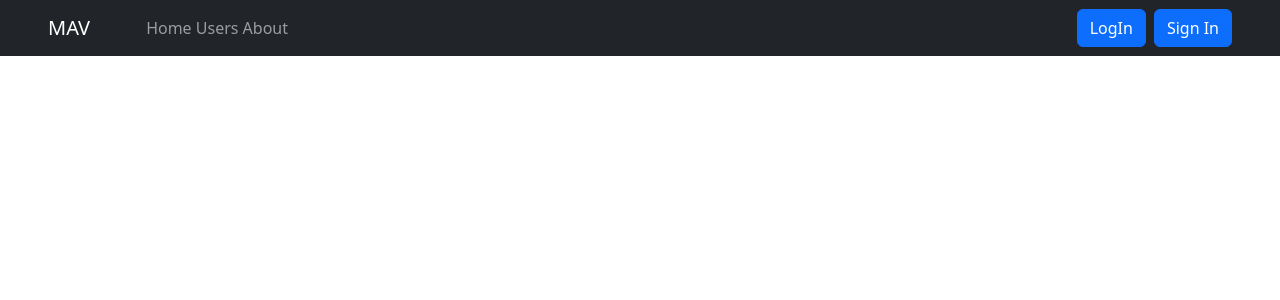
Repository: Dekabrist94/Bootstrap-First-Page
Page: /
These files come from the project's save history. The page is drawn as it stood at one moment and after the next save; the edit follows.
The browser window is 1280 px wide. The pictures show the whole page.
The project was rebuilt for these pictures with package versions that can differ from the ones it lists, and the page was loaded fresh each time.

Above is the page before, as saved 2023-04-07 23:55:13.

### src/App.js
import React from 'react';
import { Navibar } from './components/Navibar';
import 'bootstrap/dist/css/bootstrap.min.css';

function App() {
  return <Navibar />;
}

export default App;

### src/components/Navibar.js
import React from 'react';
import { Nav, Navbar, Button, Link } from 'react-bootstrap';

export const Navibar = () => {
  return (
    <>
      <Navbar collapseOnSelect expand="lg" bg="dark" variant="dark">
        <Navbar.Brand className="ms-5 me-5">MAV</Navbar.Brand> {/*LOGO */}
        <Navbar.Toggle aria-controls="responsive-navbar-nav" /> {/* Svernut Menu */}
        <Navbar.Collapse id="responsive-navbar-nav">
          {/*Razvernut Menu */}
          <Nav className="me-auto">
            <Nav.Link>Home Users About</Nav.Link>
          </Nav>
          <Nav className="me-5">
            <Button variant="primary" className=" me-2">
              LogIn
            </Button>
            <Button variant="primary">Sign In</Button>
          </Nav>
        </Navbar.Collapse>
      </Navbar>
    </>
  );
};

Loaded but not shown: public/index.html (common file); src/index.js (common file); src/index.css (common file); src/reportWebVitals.js (common file)

After the next save:
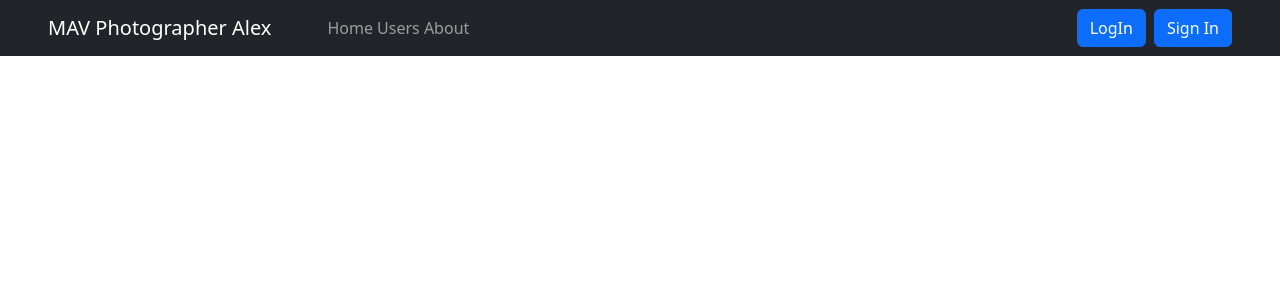
Saved 19 s later.
--- a/src/components/Navibar.js
+++ b/src/components/Navibar.js
@@ -5,7 +5,7 @@
   return (
     <>
       <Navbar collapseOnSelect expand="lg" bg="dark" variant="dark">
-        <Navbar.Brand className="ms-5 me-5">MAV</Navbar.Brand> {/*LOGO */}
+        <Navbar.Brand className="ms-5 me-5">MAV Photographer Alex</Navbar.Brand> {/*LOGO */}
         <Navbar.Toggle aria-controls="responsive-navbar-nav" /> {/* Svernut Menu */}
         <Navbar.Collapse id="responsive-navbar-nav">
           {/*Razvernut Menu */}

After the save that followed:
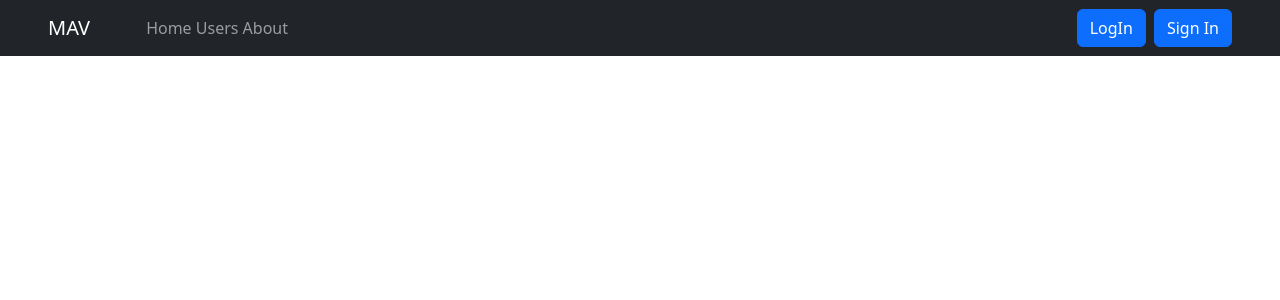
Saved 6 s later.
--- a/src/components/Navibar.js
+++ b/src/components/Navibar.js
@@ -5,7 +5,7 @@
   return (
     <>
       <Navbar collapseOnSelect expand="lg" bg="dark" variant="dark">
-        <Navbar.Brand className="ms-5 me-5">MAV Photographer Alex</Navbar.Brand> {/*LOGO */}
+        <Navbar.Brand className="ms-5 me-5">MAV</Navbar.Brand> {/*LOGO */}
         <Navbar.Toggle aria-controls="responsive-navbar-nav" /> {/* Svernut Menu */}
         <Navbar.Collapse id="responsive-navbar-nav">
           {/*Razvernut Menu */}
